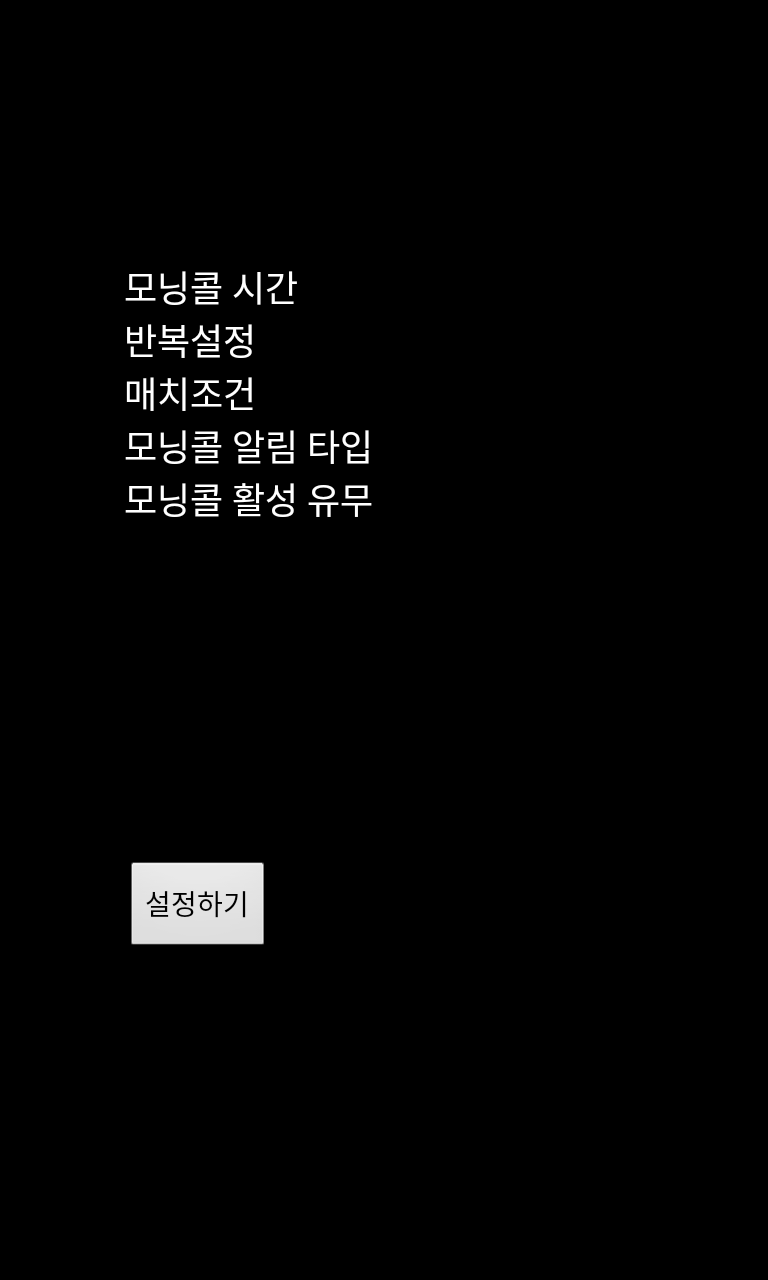
Repository: blacky512/smart_morning_call
Layout: client/SmartMorningCall/res/layout/randomcall_frag.xml
The author's editor kept a copy of each file at every save. The layout is drawn from the files as they stood at one save, then again after the next save.
It is drawn on a 768 x 1280 px phone screen (xhdpi) without system bars, with theme android:Theme.NoTitleBar; the app's code is not run.

Above is the layout before, as saved 2013-02-16 13:52:02.

### client/SmartMorningCall/res/layout/randomcall_frag.xml
<RelativeLayout xmlns:android="http://schemas.android.com/apk/res/android"
    xmlns:tools="http://schemas.android.com/tools"
    android:layout_width="match_parent"
    android:layout_height="match_parent"
    tools:context=".RandomCallActivity" >

    <LinearLayout
        android:layout_width="wrap_content"
        android:layout_height="wrap_content"
        android:layout_centerInParent="true"
        android:layout_marginTop="26dp"
        android:orientation="vertical" >

        <FrameLayout
            android:id="@+id/rcall_1"
            android:layout_width="260dp"
            android:layout_height="300dp"
            >

            <LinearLayout
                android:layout_width="match_parent"
                android:layout_height="match_parent"
                android:orientation="vertical" >

                <TextView
                    android:id="@+id/textView1"
                    android:layout_width="wrap_content"
                    android:layout_height="wrap_content"
                    android:text="모닝콜 시간"
                    android:textAppearance="?android:attr/textAppearanceMedium" />

                <TextView
                    android:id="@+id/textView2"
                    android:layout_width="wrap_content"
                    android:layout_height="wrap_content"
                    android:text="반복설정"
                    android:textAppearance="?android:attr/textAppearanceMedium" />

                <TextView
                    android:id="@+id/textView3"
                    android:layout_width="wrap_content"
                    android:layout_height="wrap_content"
                    android:text="매치조건"
                    android:textAppearance="?android:attr/textAppearanceMedium" />

                <TextView
                    android:id="@+id/textView4"
                    android:layout_width="wrap_content"
                    android:layout_height="wrap_content"
                    android:text="모닝콜 알림 타입"
                    android:textAppearance="?android:attr/textAppearanceMedium" />

                <TextView
                    android:id="@+id/textView5"
                    android:layout_width="wrap_content"
                    android:layout_height="wrap_content"
                    android:text="모닝콜 활성 유무"
                    android:textAppearance="?android:attr/textAppearanceMedium" />

            </LinearLayout>

        </FrameLayout>

        <FrameLayout
            android:layout_width="260dp"
            android:layout_height="80dp" >

            <Button
                android:id="@+id/button1"
                android:layout_width="wrap_content"
                android:layout_height="wrap_content"
                android:text="설정하기" />

        </FrameLayout>

    </LinearLayout>

</RelativeLayout>

After the next save:
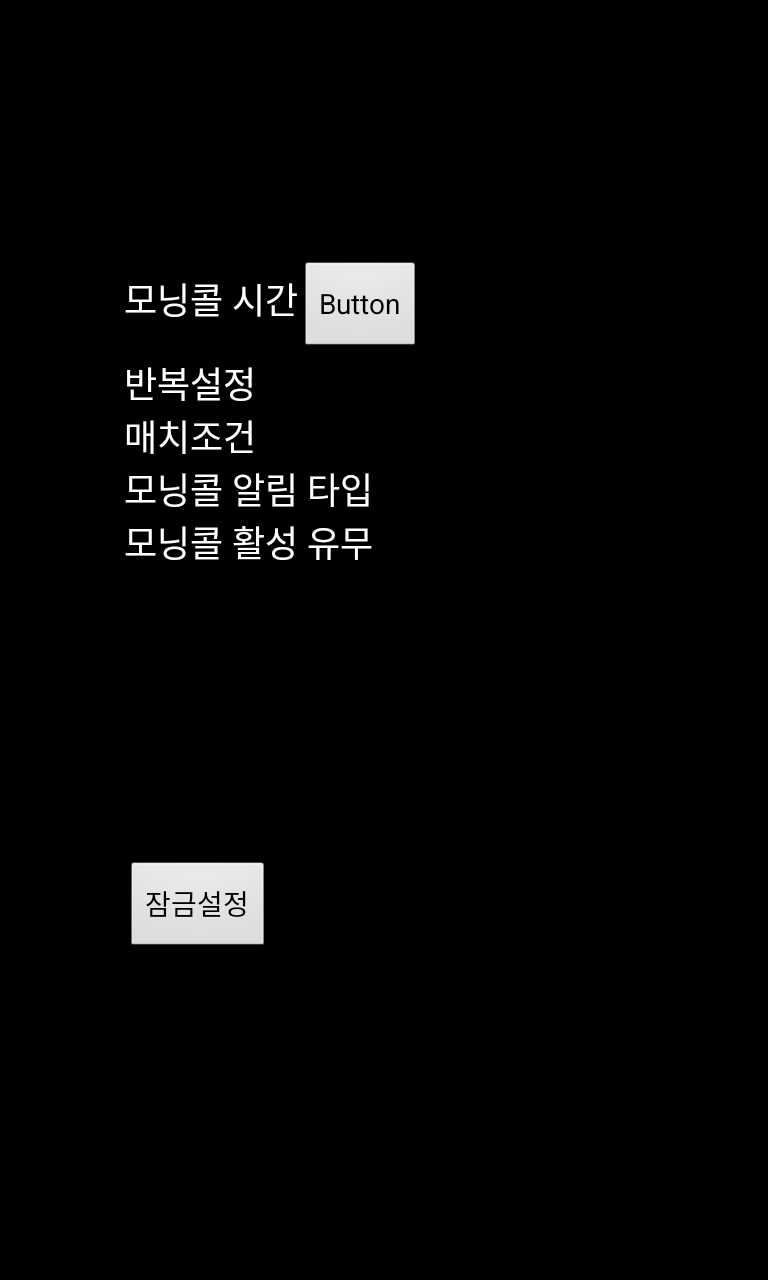
Saved 6 min 52 s later.
--- a/client/SmartMorningCall/res/layout/randomcall_frag.xml
+++ b/client/SmartMorningCall/res/layout/randomcall_frag.xml
@@ -22,12 +22,24 @@
                 android:layout_height="match_parent"
                 android:orientation="vertical" >
 
-                <TextView
-                    android:id="@+id/textView1"
-                    android:layout_width="wrap_content"
-                    android:layout_height="wrap_content"
-                    android:text="모닝콜 시간"
-                    android:textAppearance="?android:attr/textAppearanceMedium" />
+                <LinearLayout
+                    android:layout_width="match_parent"
+                    android:layout_height="wrap_content" >
+
+                    <TextView
+                        android:id="@+id/textView1"
+                        android:layout_width="wrap_content"
+                        android:layout_height="wrap_content"
+                        android:text="모닝콜 시간"
+                        android:textAppearance="?android:attr/textAppearanceMedium" />
+
+                    <Button
+                        android:id="@+id/button2"
+                        android:layout_width="wrap_content"
+                        android:layout_height="wrap_content"
+                        android:text="Button" />
+
+                </LinearLayout>
 
                 <TextView
                     android:id="@+id/textView2"
@@ -69,7 +81,7 @@
                 android:id="@+id/button1"
                 android:layout_width="wrap_content"
                 android:layout_height="wrap_content"
-                android:text="설정하기" />
+                android:text="잠금설정" />
 
         </FrameLayout>
 
